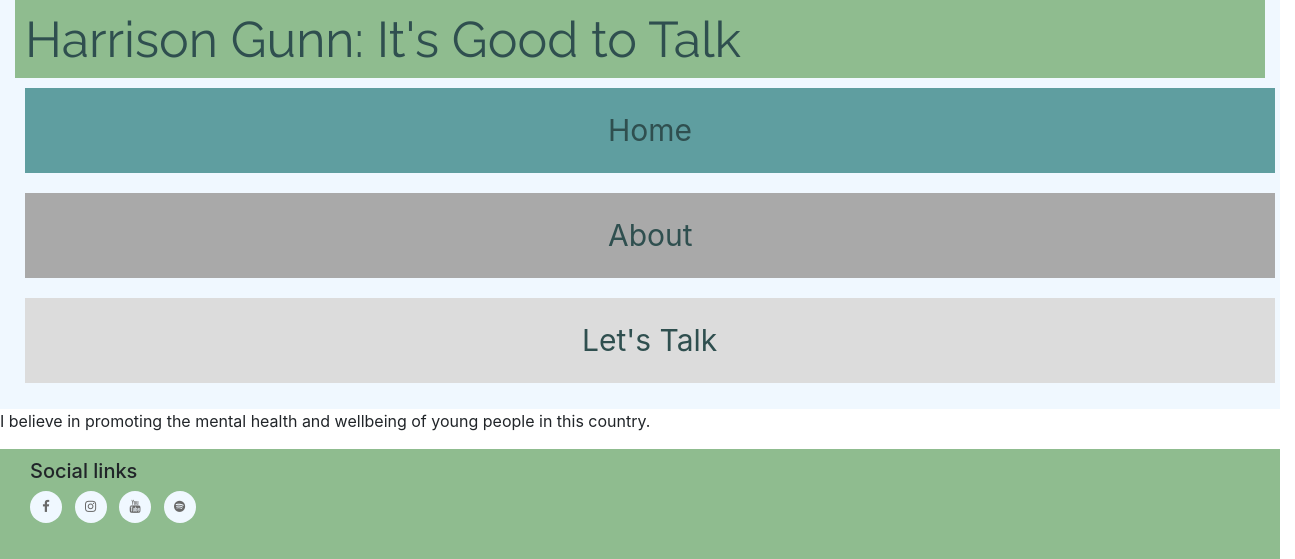
Repository: Leannald13/mile-stone-project-html
Page: index.html
The author's editor kept a record of every edit. The page is drawn from the files as they stood at one moment, then again after the next edit.
The browser window is 1280 px wide. The page is 1295 px wide, so the pictures cover 1295 px, including what lies to the right of the window. The pictures show the part of the page from y = 500 to 1075 px (the page is 1059 px tall before and 1075 px after).

Above is the page before.

### index.html
<!DOCTYPE html>
<html lang="en">

<head>
    <meta charset="UTF-8">
    <meta name="viewport" content="width=device-width, initial-scale=1.0">
    <meta http-equiv="X-UA-Compatible" content="ie=edge">
    <link rel="stylesheet" href="https://stackpath.bootstrapcdn.com/bootstrap/4.3.1/css/bootstrap.min.css" type="text/css" />
    <link rel="stylesheet" href="https://cdnjs.cloudflare.com/ajax/libs/hover.css/2.3.1/css/hover-min.css" type="text/css" />
    <link rel="stylesheet" href="https://stackpath.bootstrapcdn.com/font-awesome/4.7.0/css/font-awesome.min.css" type="text/css" />
    <link rel="stylesheet" href="assets/css/style.css" type="text/css" />
    <title>Harrison</title>
</head>

<body>
    <header>
        <div class="row">
            <a href="index.html" class="col-md-12 logo">

            </a>
        </div>
        <div class="container-fluid">
        <div class="row">
            <div class="col-sm-12">
                <div class="row no-gutters bg-color-name">
                    <div class="col heading">
                        <h1 class="name">Harrison Gunn: It's Good to Talk</h1>
                    </div>
                </div>
            </div>
             <div class="container-fluid">
            <div class="row">
                <div class="col-12">
                    <ul id="nav" class="list-inline menucontainer">
                        <li class="col col-sm-12 ui-menu-color-home list-inline-item menuitem">
                            <a href="index.html" class="hvr-wobble-horizontal"><span>Home</span></a>
                        </li>
                        <li class="col col-sm-12 ui-menu-color-general list-inline-item menuitem">
                            <a href="general.html" class="hvr-wobble-horizontal"><span>About</span></a>
                        </li>
                        <li class="col col-sm-12 ui-menu-color-contact list-inline-item menuitem">
                            <a href="contact.html" class="hvr-wobble-horizontal"><span>Let's Talk</span></a>
                        </li>
                    </ul>
                </div>
                </div>
            </div>
        </div>
        </div>
    </header>
    <section>
        <p>I believe in promoting the mental health and wellbeing of young people in this country.</p>

    </section>
    <footer>
        <div class="container-fluid">
            <div class="col sm-12">
                <h5 class="general-sub">Social links</h5>
                <ul class="list-inline social-links">
                    <li class="list-inline-item">
                        <a target="_blank" href="https://www.facebook.com/harrison.gunn.16">
                           <i class="fa fa-facebook" aria-hidden="true"></i>
                           <span class="sr-only">Facebook</span>
                        </a>
                    </li>
                    <li class="list-inline-item">
                        <a target="_blank" href="https://www.instagram.com/harrisongunn_/">
                           <i class="fa fa-instagram" aria-hidden="true"></i>
                           <span class="sr-only">Instagram</span>
                        </a>
                    </li>
                    <li class="list-inline-item">
                        <a target="_blank" href="https://www.youtube.com/channel/UCEPhcVc_ooMeZwhF5X4OEYg">
                           <i class="fa fa-youtube" aria-hidden="true"></i>
                           <span class="sr-only">YouTube</span>
                           </a>
                    </li>
                    <li class="list-inline-item">
                        <a target="_blank" href="spotify:show:1azq4fgMCEafJTPjsGm6tL">
                           <i class="fa fa-spotify" aria-hidden="true"></i>
                           <span class="sr-only">Spotify</span>
                           </a>
                    </li>
            </div>
        </div>
    </footer>
</body>

</html>

### assets/css/style.css
@import url('https://fonts.googleapis.com/css?family=Raleway&display=swap');


/* -------------------------------------------------------------Heading */

.logo {
    background: url("../images/haribo.jpg");
    background-position: center;
    background-repeat: no-repeat;
    background-size: cover;
    width: 100%;
    height: 500px;
    transition: all .5s;
    display: block;
}

.heading {
    background-color: #8fbc8f;
    width: 100%;
    padding-top: 10px;
}




.bg-color-name {
    font-family: "Raleway", sans-serif;
    color: #2f4f4f;
    text-align: left;
    font-weight: 100;
    width: 100%;

}

.name {
    font-size: 50px;
    padding-left: 10px;
}

/* -------------------------------------------------------------Menu items within heading */

.menuitem,
.menuitem a,
.menuitem a i {
    font-size: 30px;
    color: #2f4f4f;
    margin: 10px;
    padding: 5px;
    text-align: center;
}

.menuitem span {
  width: 100%;
  text-align: center;
  font-weight: 400;
}



.ui-menu-color-home {
    padding-left: 5px;
    background-color: #5F9EA0;
}

.ui-menu-color-general {
    background-color: #A9A9A9;
    padding: 5px;
}

.ui-menu-color-contact {
    background-color: #DCDCDC;
    padding: 5px;
}

.text-center {
    width: 100%;
}


/* -------------------------------------------------------------Section */

.row {
    background-color: #F0F8FF;

}

/* -------------------------------------------------------------Section General.html */

.wrapper {
    display: inline;
    width: 100%;
    margin: auto;

}

/* -------------------------------------------------------------Footer */

footer {
    background-color: #8fbc8f;
    padding-bottom: 20px;

}

.social-links li a i {
    width: 32px;
    height: 32px;
    padding-top: 12px;
    border-radius: 50%;
    font-size: 13px;
    line-height: 7px;
    text-align: center;
    color: #696969;
    background: #f0f8ff;
    background-position: center;
    transition: all 0.35s ease-in-out;
}

.general-sub {
    padding-top: 10px;
}

After the next edit:
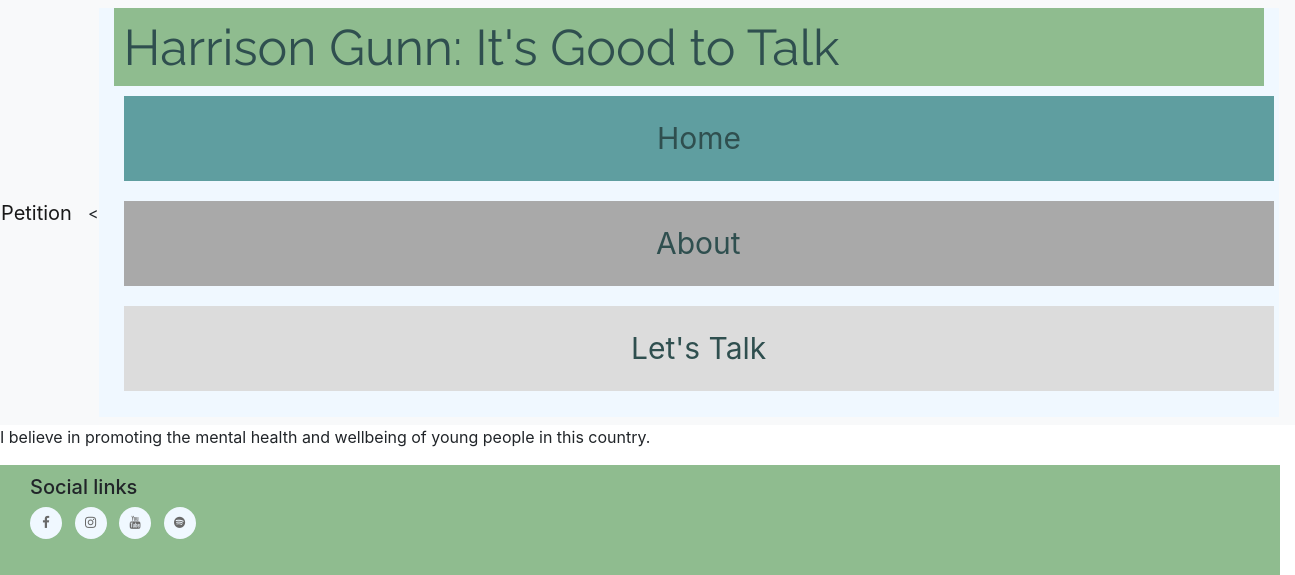
The edit:
--- a/index.html
+++ b/index.html
@@ -18,7 +18,12 @@
             <a href="index.html" class="col-md-12 logo">
 
             </a>
-        </div>
+                       <nav class="navbar navbar-expand-lg navbar-light bg-light">
+  <a class="navbar-brand" href="https://petition.parliament.uk/petitions/260373">Petition</a>
+  <button class="navbar-toggler" type="button" data-toggle="collapse" data-target="#navbarSupportedContent" aria-controls="navbarSupportedContent" aria-expanded="false" aria-label="Toggle navigation">
+    <span class="navbar-toggler-icon"></span>
+  </button>
+        <
         <div class="container-fluid">
         <div class="row">
             <div class="col-sm-12">
